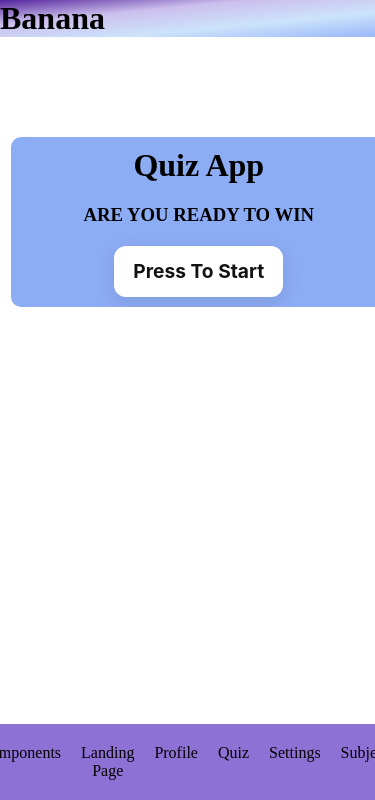
Repository: 1medi/pocketprof
Page: /QuizPage
The author's editor kept a copy of each file at every save. The page is drawn from the files as they stood at one save, then again after the next save.
The browser window is 375 px wide. The pictures show the whole page.
The project was rebuilt for these pictures with package versions that can differ from the ones it lists, and the page was loaded fresh each time. The framework's server and built-in components were replaced by stand-ins that run in the browser. Also part of the build but not shown: next.config.mjs, Components/Buttons/Oscar/Oscar.module.css, Components/Buttons/Oscar/index.js.

Above is the page before, as saved 2024-04-12 21:13:01.

After the next save:
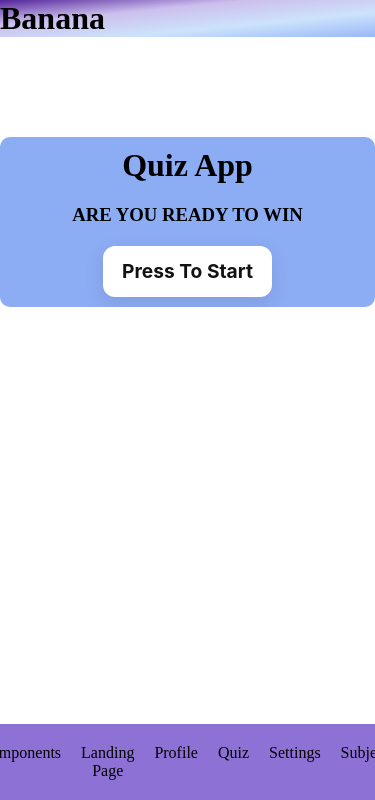
Saved 13 s later.
--- a/styles/QuizPage.module.css
+++ b/styles/QuizPage.module.css
@@ -1,19 +1,21 @@
-.main {
+@media only screen and (max-width:430px) {
+  .main {
   overflow-x: hidden;
+  justify-content: center;
+  display: flex;
 }
 
 .container {
   max-width: 400px;
   max-height: 932px;
-  height: 100%;
   width: 100%;
   background-color: #8CACF4;
   position: relative;
   display: flex;
   flex-direction: column;
   margin-top: 100px;
-  margin-left:3%;
   border-radius: 10px;
+  z-index: 1;
 }
 
 .title{
@@ -30,3 +32,10 @@
   text-align: center;
   padding: 10px;
 }
+
+.backgroundArt {
+  z-index: 999;
+  position: relative;
+  bottom: 200px;
+}
+}
